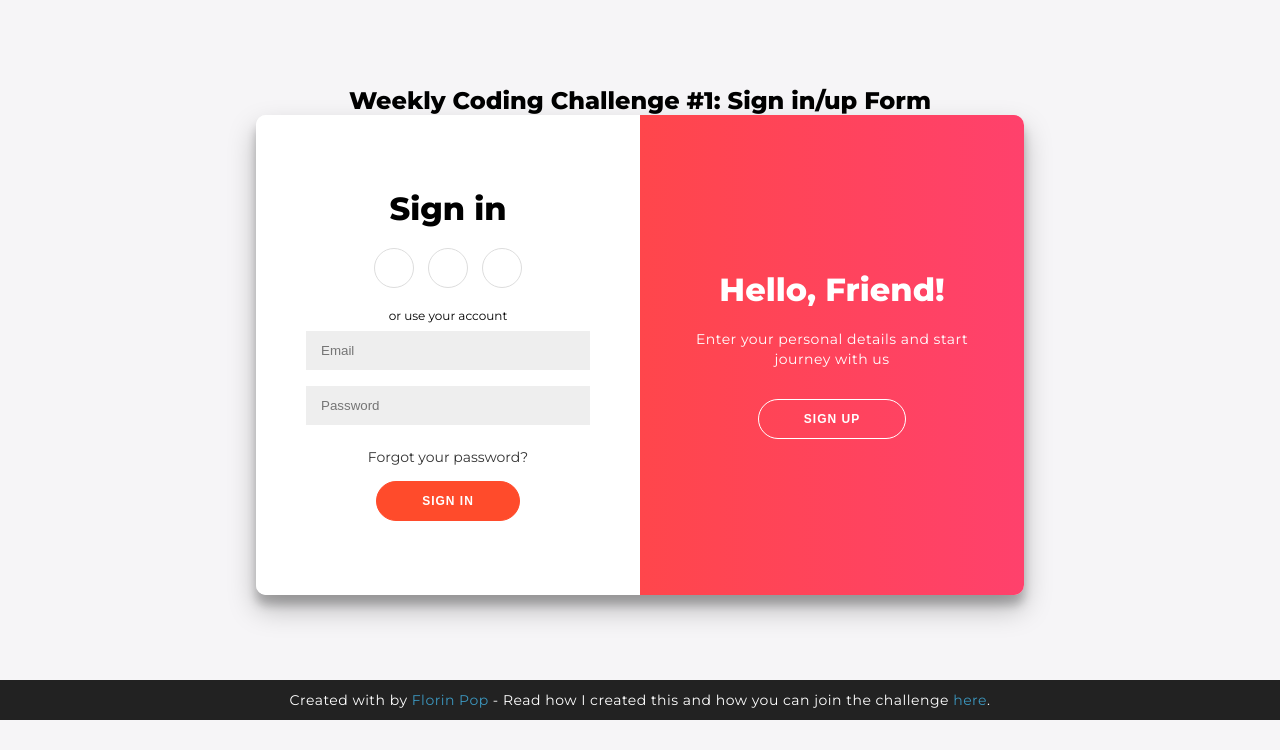
Repository: tranvanthinh/Login_register
Page: index.html
An editor plug-in stored every save of this project. The page is shown before and after the next save, followed by the edit.
The browser window is 1280 px wide. The pictures show the whole page.

Above is the page before, as saved 2021-12-30 11:13:24.

### index.html
<!DOCTYPE html>
<html lang="en">
<head>
    <meta charset="UTF-8">
    <meta http-equiv="X-UA-Compatible" content="IE=edge">
    <meta name="viewport" content="width=device-width, initial-scale=1.0">
    <title>Document</title>
    <link rel="stylesheet" href="style.css">
</head>
<body>
    <h2>Weekly Coding Challenge #1: Sign in/up Form</h2>
<div class="container" id="container">
  <div class="form-container sign-up-container">
    <form action="#">
      <h1>Create Account</h1>
      <div class="social-container">
        <a href="#" class="social"><i class="fab fa-facebook-f"></i></a>
        <a href="#" class="social"><i class="fab fa-google-plus-g"></i></a>
        <a href="#" class="social"><i class="fab fa-linkedin-in"></i></a>
      </div>
      <span>or use your email for registration</span>
      <input type="text" placeholder="Name" />
      <input type="email" placeholder="Email" />
      <input type="password" placeholder="Password" />
      <button>Sign Up</button>
    </form>
  </div>
  <div class="form-container sign-in-container">
    <form action="#">
      <h1>Sign in</h1>
      <div class="social-container">
        <a href="#" class="social"><i class="fab fa-facebook-f"></i></a>
        <a href="#" class="social"><i class="fab fa-google-plus-g"></i></a>
        <a href="#" class="social"><i class="fab fa-linkedin-in"></i></a>
      </div>
      <span>or use your account</span>
      <input type="email" placeholder="Email" />
      <input type="password" placeholder="Password" />
      <a href="#">Forgot your password?</a>
      <button>Sign In</button>
    </form>
  </div>
  <div class="overlay-container">
    <div class="overlay">
      <div class="overlay-panel overlay-left">
        <h1>Welcome Back!</h1>
        <p>To keep connected with us please login with your personal info</p>
        <button class="ghost" id="signIn">Sign In</button>
      </div>
      <div class="overlay-panel overlay-right">
        <h1>Hello, Friend!</h1>
        <p>Enter your personal details and start journey with us</p>
        <button class="ghost" id="signUp">Sign Up</button>
      </div>
    </div>
  </div>
</div>

<footer>
  <p>
    Created with <i class="fa fa-heart"></i> by
    <a target="_blank" href="https://florin-pop.com">Florin Pop</a>
    - Read how I created this and how you can join the challenge
    <a target="_blank" href="https://www.florin-pop.com/blog/2019/03/double-slider-sign-in-up-form/">here</a>.
  </p>
</footer>
</body>
</html>

### style.css
@import url('https://fonts.googleapis.com/css?family=Montserrat:400,800');

* {
  margin: 0;
  padding: 0;
  box-sizing: border-box;
}

body {
  background: #f6f5f7;
  display: flex;
  justify-content: center;
  align-items: center;
  flex-direction: column;
  font-family: 'Montserrat', sans-serif;
  height: 100vh;
  margin: -20px 0 50px;
}

h1 {
  font-weight: bold;
  margin: 0;
}

h2 {
  text-align: center;
}

p {
  font-size: 14px;
  font-weight: 100;
  line-height: 20px;
  letter-spacing: 0.5px;
  margin: 20px 0 30px;
}

span {
  font-size: 12px;
}

a {
  color: #333;
  font-size: 14px;
  text-decoration: none;
  margin: 15px 0;
}

button {
  border-radius: 20px;
  border: 1px solid #FF4B2B;
  background-color: #FF4B2B;
  color: #FFFFFF;
  font-size: 12px;
  font-weight: bold;
  padding: 12px 45px;
  letter-spacing: 1px;
  text-transform: uppercase;
  transition: transform 80ms ease-in;
}

button:active {
  transform: scale(0.9);
}

button:focus {
  outline: none;
}

button.ghost {
  background-color: transparent;
  border-color: #FFFFFF;
}

form {
  background-color: #FFFFFF;
  display: flex;
  align-items: center;
  justify-content: center;
  flex-direction: column;
  padding: 0 50px;
  height: 100%;
  text-align: center;
}

input {
  background-color: #eee;
  border: none;
  padding: 12px 15px;
  margin: 8px 0;
  width: 100%;
}

.container {
  background-color: #fff;
  border-radius: 10px;
  box-shadow: 0 14px 28px rgba(0,0,0,0.25),
      0 10px 10px rgba(0,0,0,0.22);
  position: relative;
  overflow: hidden;
  width: 768px;
  max-width: 100%;
  min-height: 480px;
}

.form-container {
  position: absolute;
  top: 0;
  height: 100%;
  transition: all 0.6s ease-in-out;
}

.sign-in-container {
  left: 0;
  width: 50%;
  z-index: 2;
}

.container.right-panel-active .sign-in-container {
  transform: translateX(100%);
}

.sign-up-container {
  left: 0;
  width: 50%;
  opacity: 0;
  z-index: 1;
}

.container.right-panel-active .sign-up-container {
  transform: translateX(100%);
  opacity: 1;
  z-index: 5;
  animation: show 0.6s;
}

@keyframes show {
  0%, 49.99% {
    opacity: 0;
    z-index: 1;
  }

  50%, 100% {
    opacity: 1;
    z-index: 5;
  }
}

.overlay-container {
  position: absolute;
  top: 0;
  left: 50%;
  width: 50%;
  height: 100%;
  overflow: hidden;
  transition: transform 0.6s ease-in-out;
  z-index: 100;
}

.container.right-panel-active .overlay-container{
  transform: translateX(-100%);
}

.overlay {
  background: #FF416C;
  background: -webkit-linear-gradient(to right, #FF4B2B, #FF416C);
  background: linear-gradient(to right, #FF4B2B, #FF416C);
  background-repeat: no-repeat;
  background-size: cover;
  background-position: 0 0;
  color: #FFFFFF;
  position: relative;
  left: -100%;
  height: 100%;
  width: 200%;
    transform: translateX(0);
  transition: transform 0.6s ease-in-out;
}

.container.right-panel-active .overlay {
    transform: translateX(50%);
}

.overlay-panel {
  position: absolute;
  display: flex;
  align-items: center;
  justify-content: center;
  flex-direction: column;
  padding: 0 40px;
  text-align: center;
  top: 0;
  height: 100%;
  width: 50%;
  transform: translateX(0);
  transition: transform 0.6s ease-in-out;
}

.overlay-left {
  transform: translateX(-20%);
}

.container.right-panel-active .overlay-left {
  transform: translateX(0);
}

.overlay-right {
  right: 0;
  transform: translateX(0);
}

.container.right-panel-active .overlay-right {
  transform: translateX(20%);
}

.social-container {
  margin: 20px 0;
}

.social-container a {
  border: 1px solid #DDDDDD;
  border-radius: 50%;
  display: inline-flex;
  justify-content: center;
  align-items: center;
  margin: 0 5px;
  height: 40px;
  width: 40px;
}

footer {
    background-color: #222;
    color: #fff;
    font-size: 14px;
    bottom: 0;
    position: fixed;
    left: 0;
    right: 0;
    text-align: center;
    z-index: 999;
}

footer p {
    margin: 10px 0;
}

footer i {
    color: red;
}

footer a {
    color: #3c97bf;
    text-decoration: none;
}

After the next save:
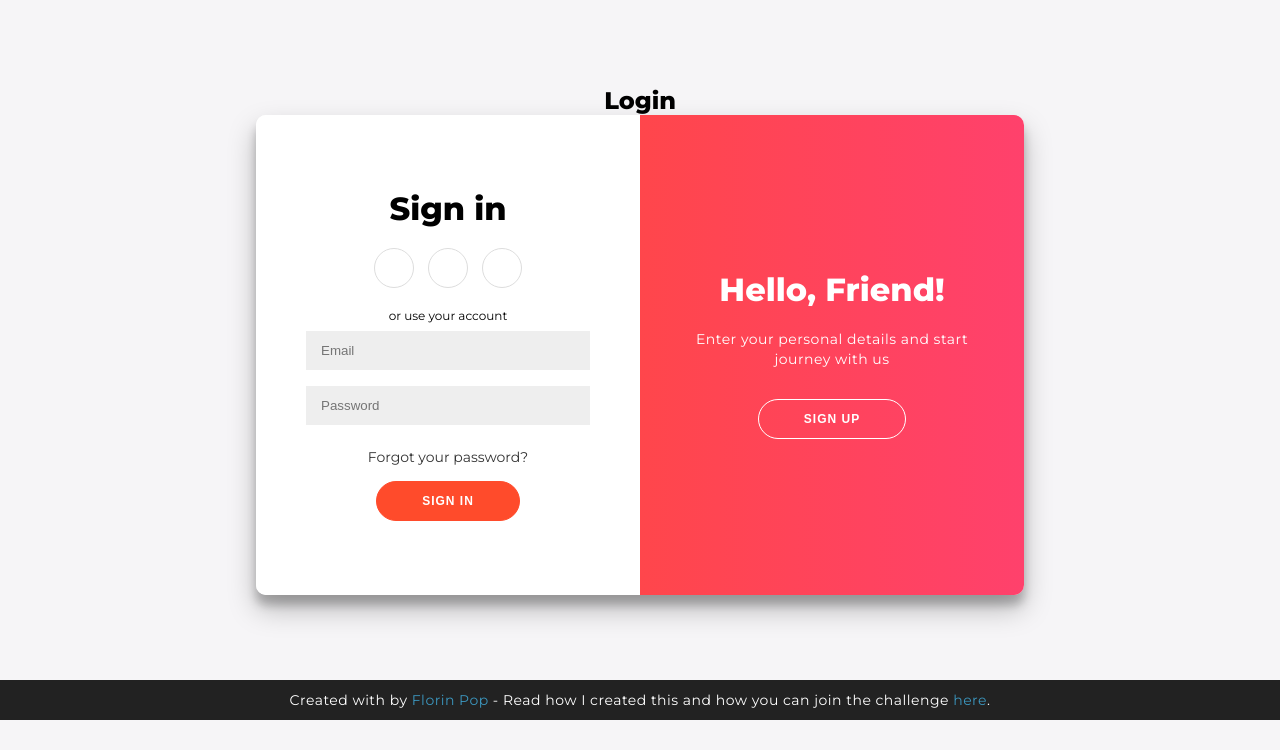
Saved 1 s later.
--- a/index.html
+++ b/index.html
@@ -8,7 +8,7 @@
     <link rel="stylesheet" href="style.css">
 </head>
 <body>
-    <h2>Weekly Coding Challenge #1: Sign in/up Form</h2>
+    <h2>Login</h2>
 <div class="container" id="container">
   <div class="form-container sign-up-container">
     <form action="#">
